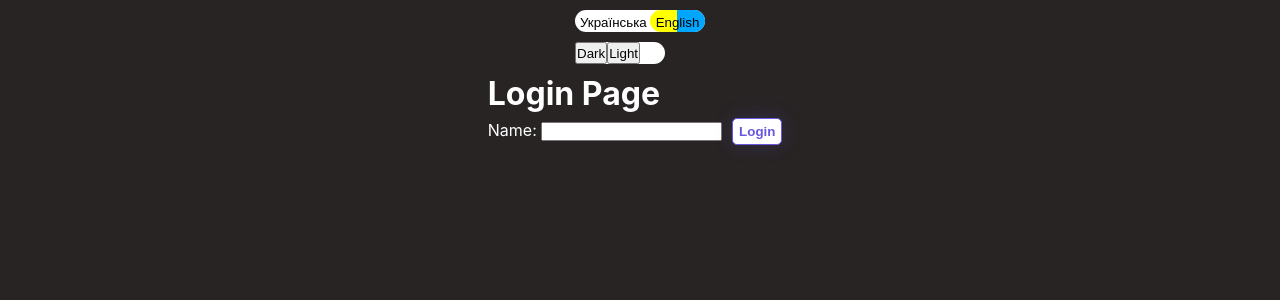
Repository: Novoselets28/star-wars-hooks
Page: /people
The author's editor kept a copy of each file at every save. The page is drawn from the files as they stood at one save, then again after the next save.
The browser window is 1280 px wide. The pictures show the whole page.
The project was rebuilt for these pictures with package versions that can differ from the ones it lists, and the page was loaded fresh each time. Also part of the build but not shown: src/components/HomePage.jsx, src/components/People/CurrentPeople.jsx, src/components/People/PeopleList.jsx, src/components/People/People.jsx, src/components/Planets/CurrentPlanet.jsx, src/components/Planets/PlanetsList.jsx, src/components/Planets/Planets.jsx, src/components/Starships/CurrentStarship.jsx and 4 more.

Above is the page before, as saved 2023-03-27 21:01:59.

### src/index.js
import React from 'react';
import ReactDOM from 'react-dom/client';
import './index.css';
import App from './App';
import reportWebVitals from './reportWebVitals';
import { BrowserRouter } from 'react-router-dom';



const root = ReactDOM.createRoot(document.getElementById('root'));
root.render(
  <React.StrictMode>
    <BrowserRouter>
      <App />
    </BrowserRouter>
  </React.StrictMode>
);

// If you want to start measuring performance in your app, pass a function
// to log results (for example: reportWebVitals(console.log))
// or send to an analytics endpoint. Learn more: https://bit.ly/CRA-vitals
reportWebVitals();

### src/App.js
import React, { createContext, useState } from 'react';
import { Route, Routes } from 'react-router-dom';
import './App.css'
import Header from './components/Header';
import HomePage from './components/HomePage';
import People from './components/People/People';
import Planets from './components/Planets/Planets';
import Starships from './components/Starships/Starships';
import LoginPage from './components/LoginPage';
import RequireAuth from './hoc/RequireAuth';
import AuthProvider from './hoc/AuthProvider'
import Layout from './components/Layout';
import ErrorPage from './components/ErrorPage';



export const ThemeContext = createContext();
export const LangContext = createContext(null)

function App() {

  const [theme, setTheme] = useState("dark");

  const [language, setLanguage] = useState("eng")


  return (
          <div className={`container-${theme}`}>
            <LangContext.Provider value={{language, setLanguage}}>
              <ThemeContext.Provider value={{theme,setTheme}}>
                <AuthProvider>
                  <Header/>
                  <Routes>
                  <Route path="login" element={<LoginPage/>}/>
                      <Route path='*' element={<ErrorPage/>} />
                      <Route path='/' element={
                        <RequireAuth>
                          <Layout />
                        </RequireAuth>
                      }/>
                      <Route path="home" element={
                        <RequireAuth>
                          <HomePage />
                        </RequireAuth>
                      }/>
                      <Route path="people" element={
                        <RequireAuth>
                          <People />
                        </RequireAuth>
                      }/>
                      <Route path="planets" element={
                        <RequireAuth>
                          <Planets/>
                        </RequireAuth>
                      } />
                      <Route path="starships" element={
                        <RequireAuth>
                          <Starships/>
                        </RequireAuth>
                      } />
                  </Routes>
                </AuthProvider>
              </ThemeContext.Provider>
            </LangContext.Provider>
            </div>

  );
}

export default App;

### src/App.css
*{
  margin: 0;
  padding: 0;
}

.header{
  display: flex;
  justify-content: space-around;
  width: 100vw;
}

.navigate-block{
  display: flex;
}

header a{
  text-decoration: none;
  font-family: sans-serif;
  display: inline-block;
  color: #fff;
  padding: 10px 20px;
  background-color: rgb(48, 48, 61);
  border-bottom: 5px solid #f4ce28;
}

.container-dark {
  background-color: rgb(40, 36, 36);
  color: #fff;
  width: 100vw;
  height: 100vh;
  display: flex;
  flex-direction: column;
  align-items: center;
}

.container-light {
  background-color: rgb(171, 163, 163);
  color: #fff;
  width: 100vw;
  height: 100vh;
  display: flex;
  flex-direction: column;
  align-items: center;

}

.item-block{
  width: 240px;
  text-align: center;
}

.item-block button{
  cursor: pointer;
  border: none;
  border-radius: 25px;
  font-weight: 600;
  margin: 10px 10px;
  width: 50px;
  padding: 10px 0;
  box-shadow: 0 0 20px rgba(104, 85, 224, 0.2);
  transition: 0.4s;
  color: rgb(104, 85, 224);
  background-color: rgba(255, 255, 255, 1);
  border: 1px solid rgba(104, 85, 224, 1);
}

.item-block button:hover{
  color: white;
  box-shadow: 0 0 20px rgba(104, 85, 224, 0.6);
  background-color: rgba(104, 85, 224, 1);
}

.item-list{
  text-align: center;
}

.selected-item {
  background-color: rgb(56, 55, 55);
  margin: 15px;
  border: 3px solid rgb(103, 101, 101);
}

h2{
  color: rgb(8, 120, 8);
  cursor: pointer;
}

h2:hover{
  text-decoration: underline;
}

ul{
  background-color: rgb(56, 55, 55);
}

li{
  list-style: none;
  border: 1px solid rgb(103, 101, 101);
  cursor: pointer;
}

li:hover{
  box-shadow: 0 0 20px rgba(85, 85, 86, 0.6);
}

.button-box-theme{
  display: flex;
  width: 90px;
  height: 22px;
  margin: 10px 20px;
  position: relative;
  border-radius: 30px;
  background: #fff;
}

.button-box-lang{
  display: flex;
  width: 130px;
  height: 22px;
  margin: 10px 20px;
  position: relative;
  border-radius: 30px;
  background: #fff;
}

.btn-dark{
  padding: 5px;
  width: 45px;
  height: 22px;
  cursor: pointer;
  background: #e67e22;
  border: 0;
  border-radius: 30px;
  outline: none;
  transition: 0.2s;
  text-align: center;
}

.btn-light{
  padding: 5px;
  width: 45px;
  height: 22px;
  cursor: pointer;
  background: transparent;
  border: 0;
  outline: none;
  text-align: center;
}

.active{
  padding: 5px;
  width: 75px;
  height: 22px;
  cursor: pointer;
  background: linear-gradient(to right, yellow 50%, rgb(0, 166, 255) 50%);
  border: 0;
  border-radius: 30px;
  outline: none;
  transition: 0.2s;
  text-align: center;
}

.not-active{
  padding: 5px;
  width: 75px;
  height: 22px;
  cursor: pointer;
  background: transparent;
  border: 0;
  outline: none;
  text-align: center;
}

.home-page{
  text-align: center;
  padding: 20px 0;
}

.home-page button{
  cursor: pointer;
  border: 0;
  border-radius: 4px;
  font-weight: 600;
  margin: 10px 10px;
  width: 200px;
  padding: 10px 0;
  box-shadow: 0 0 20px rgba(104, 85, 224, 0.2);
  transition: 0.4s;
  color: rgb(104, 85, 224);
  background-color: rgba(255, 255, 255, 1);
  border: 1px solid rgba(104, 85, 224, 1);
}

.home-page button:hover{
    color: white;
    box-shadow: 0 0 20px rgba(104, 85, 224, 0.6);
    background-color: rgba(104, 85, 224, 1);
}

form button{
  cursor: pointer;
  border-radius: 5px;
  font-weight: 600;
  margin: 5px 10px;
  width: 50px;
  padding: 5px 0;
  box-shadow: 0 0 20px rgba(104, 85, 224, 0.2);
  transition: 0.4s;
  color: rgb(104, 85, 224);
  background-color: rgba(255, 255, 255, 1);
  border: 1px solid rgba(104, 85, 224, 1);
}

form button:hover{
  color: white;
  box-shadow: 0 0 20px rgba(104, 85, 224, 0.6);
  background-color: rgba(104, 85, 224, 1);
}

form input{
  cursor: pointer;
}

#error-page {
  text-align: center;
}

### src/components/Header.jsx
import React, { useContext } from 'react';
import { LangContext, ThemeContext } from '../App';




function Header() {
  const { language, setLanguage} = useContext(LangContext);
  const {theme , setTheme} = useContext(ThemeContext)


  return (
    <div>
      <div className="button-box-lang">
        <button className={language==="ukr" ? "active" : "not-active"} onClick={()=>setLanguage("ukr")}>Українська</button>
        <button className={language==="eng" ? "active" : "not-active"} onClick={()=>setLanguage("eng")}>English</button>
      </div>
      <div className="button-box-theme">
        <button className={theme==="light" ? "dark" : ""} onClick={()=>setTheme("dark")}>Dark</button>
        <button className={theme==="dark" ? "light" : ""} onClick={()=>setTheme("light")}>Light</button>
      </div>
    </div>
  );
}

export default Header;

### src/components/LoginPage.jsx
import { useLocation, useNavigate } from "react-router-dom";
import { useAuth } from "../hook/useAuth";

const LoginPage = () => {
  const navigate = useNavigate();
  const location = useLocation();

  const {signin} = useAuth();

  const fromPage = location.state?.from?.pathname || '/';

  const handleSubmit = (event) => {
    event.preventDefault();
    const form = event.target;
    const user = form.username.value;

    signin(user, ()=> navigate(fromPage, {replace: true}))
  }

  return (
    <div>
      <h1>Login Page</h1>
      <form onSubmit={handleSubmit}>
        <label>
          Name: <input name="username"/>
        </label>
        <button type="submit">Login</button>
      </form>
    </div>
  )
};

export default LoginPage;

### src/hoc/RequireAuth.jsx
import {useLocation, Navigate} from 'react-router-dom'
import { useAuth } from '../hook/useAuth';


const RequireAuth = ({children}) =>{
    const location = useLocation();
    const {user} = useAuth();

    if(!user){
        return <Navigate to='/login' state={{from:location}}/>
    }

    return children
}

export default RequireAuth;

### src/hoc/AuthProvider.jsx
import { createContext, useState } from "react";

export const AuthContext = createContext(null);

const AuthProvider = ({children}) => {

    const [user, setUser] = useState(null);

    const signin = (newUser, cb) =>{
        setUser(newUser);
        cb();
    }

    const signout = (cb) =>{
        setUser(null);
        cb();
    }

    const value = {user, signin, signout}


    return <AuthContext.Provider value={value}>
            {children}
        </AuthContext.Provider>
}

export default AuthProvider;

### src/hook/useAuth.jsx
import { useContext } from 'react'
import { AuthContext } from '../hoc/AuthProvider'

export function useAuth() {
  return useContext(AuthContext);
}

Loaded but not shown: public/index.html (common file); src/index.css (common file); src/reportWebVitals.js (common file)

After the next save:
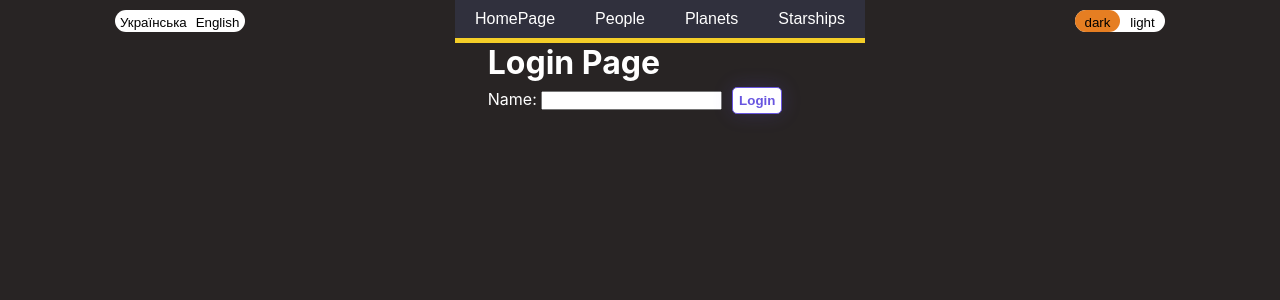
Saved 19 s later.
--- a/src/components/Header.jsx
+++ b/src/components/Header.jsx
@@ -1,26 +1,34 @@
 import React, { useContext } from 'react';
+import { Link } from 'react-router-dom';
 import { LangContext, ThemeContext } from '../App';
 
 
 
 
 function Header() {
-  const { language, setLanguage} = useContext(LangContext);
-  const {theme , setTheme} = useContext(ThemeContext)
+  const {currentLang , setCurrentLang} = useContext(LangContext)
+
+  const {theme, setTheme} = useContext(ThemeContext);
 
 
   return (
-    <div>
-      <div className="button-box-lang">
-        <button className={language==="ukr" ? "active" : "not-active"} onClick={()=>setLanguage("ukr")}>Українська</button>
-        <button className={language==="eng" ? "active" : "not-active"} onClick={()=>setLanguage("eng")}>English</button>
-      </div>
-      <div className="button-box-theme">
-        <button className={theme==="light" ? "dark" : ""} onClick={()=>setTheme("dark")}>Dark</button>
-        <button className={theme==="dark" ? "light" : ""} onClick={()=>setTheme("light")}>Light</button>
-      </div>
-    </div>
-  );
+    <header className='header'>
+        <div className='button-box-lang'>
+          <button className={currentLang==="ukr" ? "active" : "not-active"} onClick={()=>setCurrentLang("ukr")}>Українська</button>
+          <button className={currentLang==="eng" ? "active" : "not-active"} onClick={()=>setCurrentLang("eng")}>English</button>
+        </div>
+        <div className='navigate-block'>
+          <Link to='/home'>HomePage</Link>
+          <Link to='people'>People</Link>
+          <Link to='/planets'>Planets</Link>
+          <Link to='/starships'>Starships</Link>
+        </div>
+        <div className='button-box-theme'>
+          <button className={theme==="dark" ? "btn-dark" : "btn-light"} onClick={()=>setTheme("dark")}>dark</button>
+          <button className={theme==="light" ? "btn-dark" : "btn-light"} onClick={()=>setTheme("light")}>light</button>
+        </div>
+    </header>
+  )
 }
 
 export default Header;
